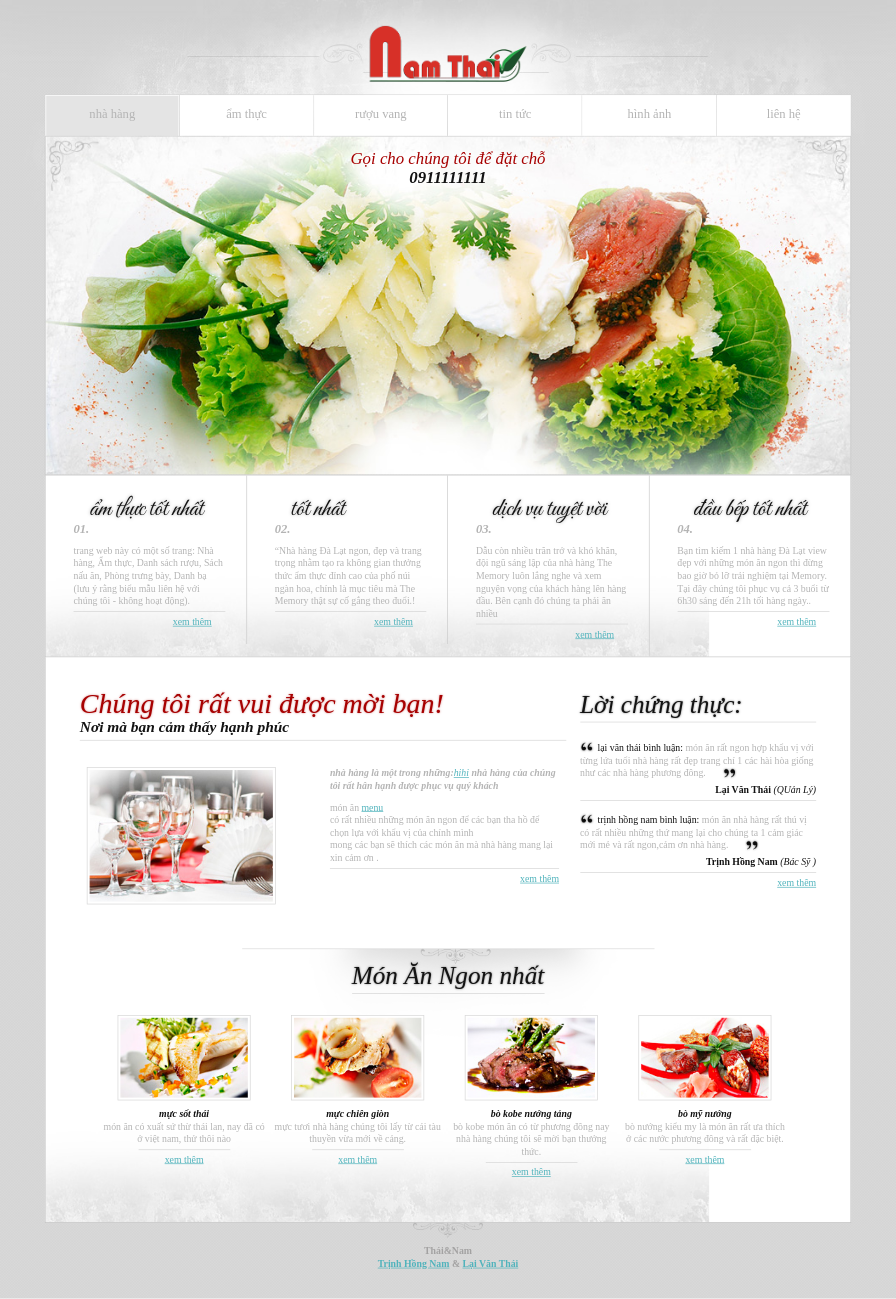
Repository: thaiLVT/DoAnThucTapNamThai
Page: index.html
The author's editor kept a copy of each file at every save. The page is drawn from the files as they stood at one save, then again after the next save.
The browser window is 1280 px wide. The pictures show the whole page, at 70% of full size.

Above is the page before, as saved 2022-04-25 00:48:09.
Console error: ReferenceError: $ is not defined

After the next save:
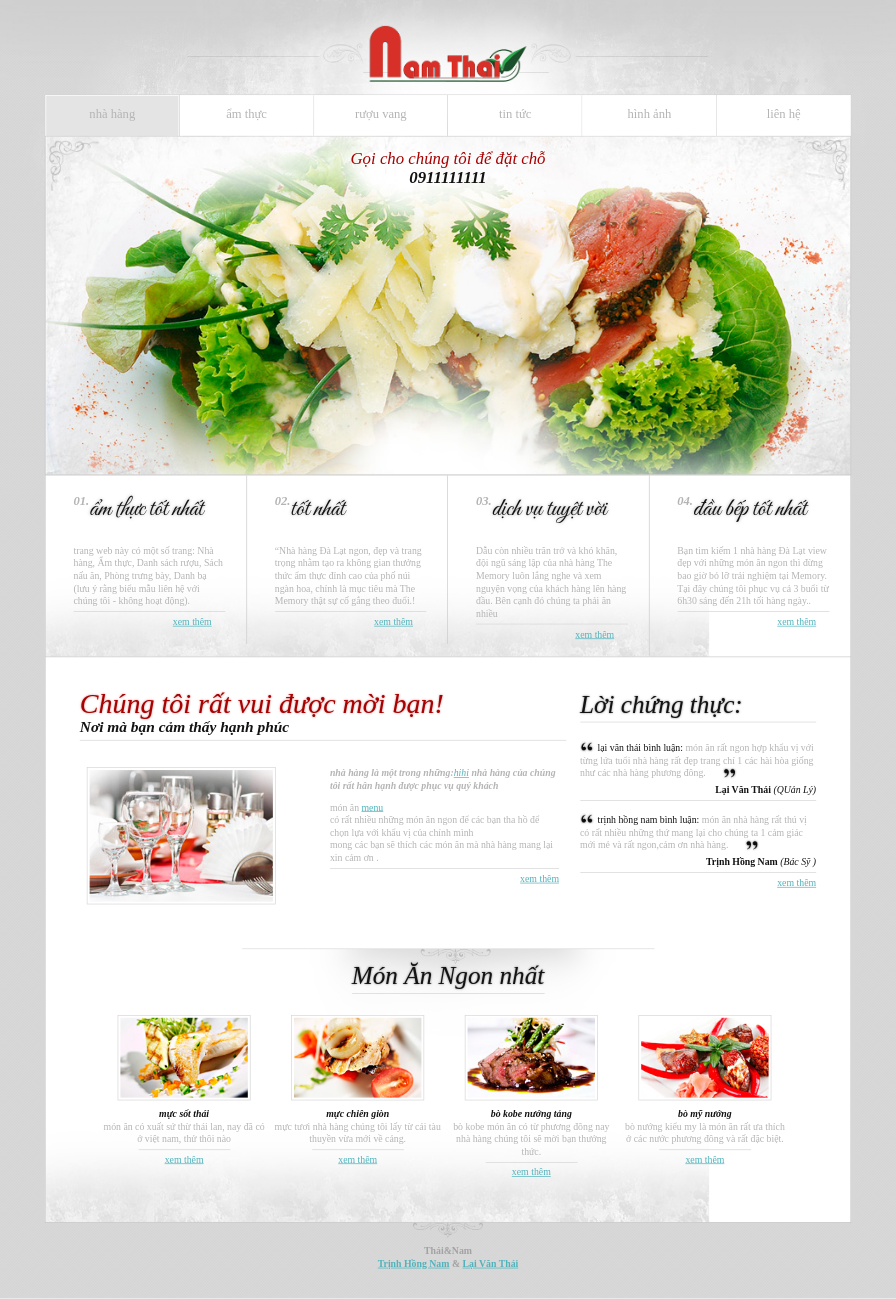
Saved 3 min 12 s later.
--- a/css/style.css
+++ b/css/style.css
@@ -475,7 +475,7 @@
     color: #b4b4b4;
     width: 23px;
     float: left;
-    margin-top: 40px;
+    /* margin-top: 40px; */
 }
 
 .block-1-title>div.text-1 {
